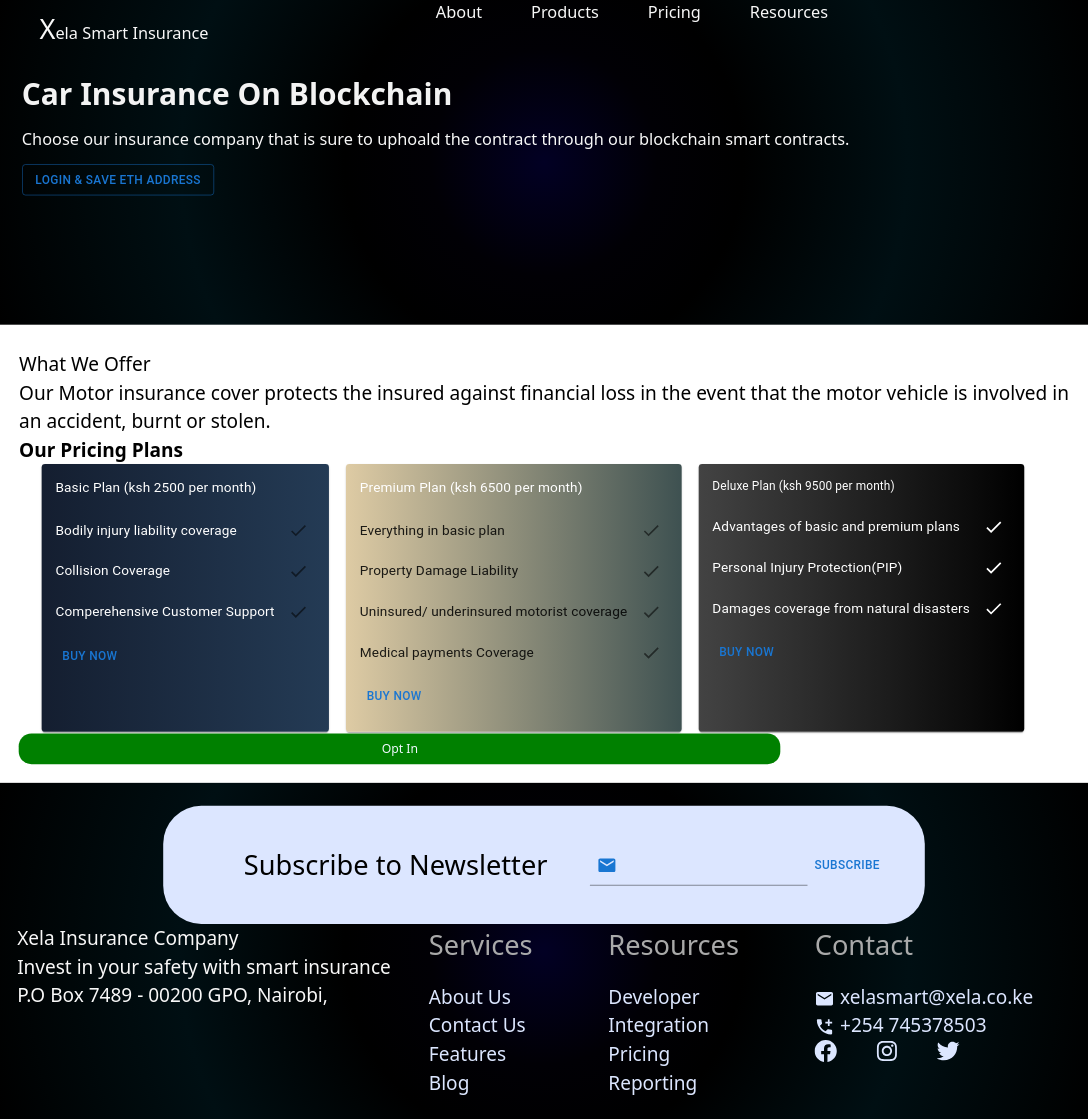
Repository: ALVIN-OBONYO/Xela-smart_insuarance
Page: / (app in frontend/)
The author's editor kept a copy of each file at every save. The page is drawn from the files as they stood at one save, then again after the next save.
The browser window is 1280 px wide. The pictures show the whole page, at 85% of full size.
The project was rebuilt for these pictures with package versions that can differ from the ones it lists, and the page was loaded fresh each time. Also part of the build but not shown: frontend/src/Pages/Policies.jsx, frontend/src/Components/Calendar.css, frontend/src/Components/Calendar.jsx, frontend/src/Components/Input.js, frontend/src/Components/Upload.css, frontend/src/Components/Upload.js, frontend/src/Pages/ReportForm.jsx, frontend/src/Pages/Report.jsx and 2 more.

Above is the page before, as saved 2022-10-04 09:04:55.

### frontend/public/index.html
<!DOCTYPE html>
<html lang="en">
  <head>
    <meta charset="utf-8" />
    <link rel="icon" href="%PUBLIC_URL%/favicon.ico" />
    <meta name="viewport" content="width=device-width, initial-scale=1" />
    <meta name="theme-color" content="#000000" />
    <meta
      name="description"
      content="Web site created using create-react-app"
    />
    <link rel="apple-touch-icon" href="%PUBLIC_URL%/logo192.png" />
    <!--
      manifest.json provides metadata used when your web app is installed on a
      user's mobile device or desktop. See https://developers.google.com/web/fundamentals/web-app-manifest/
    -->
    <link rel="manifest" href="%PUBLIC_URL%/manifest.json" />
    <!--
      Notice the use of %PUBLIC_URL% in the tags above.
      It will be replaced with the URL of the `public` folder during the build.
      Only files inside the `public` folder can be referenced from the HTML.

      Unlike "/favicon.ico" or "favicon.ico", "%PUBLIC_URL%/favicon.ico" will
      work correctly both with client-side routing and a non-root public URL.
      Learn how to configure a non-root public URL by running `npm run build`.
    -->
    <title>React App</title>
  </head>
  <body>
    <noscript>You need to enable JavaScript to run this app.</noscript>
    <link
    href="https://unpkg.com/tailwindcss@^1.0/dist/tailwind.min.css"
    rel="stylesheet"
  />
  <script
    src="https://cdnjs.cloudflare.com/ajax/libs/web3/1.6.1/web3.min.js"
    integrity="sha512-5erpERW8MxcHDF7Xea9eBQPiRtxbse70pFcaHJuOhdEBQeAxGQjUwgJbuBDWve+xP/u5IoJbKjyJk50qCnMD7A=="
    crossorigin="anonymous"
    referrerpolicy="no-referrer"
  ></script>
    <div id="root"></div>
    <!--
      This HTML file is a template.
      If you open it directly in the browser, you will see an empty page.

      You can add webfonts, meta tags, or analytics to this file.
      The build step will place the bundled scripts into the <body> tag.

      To begin the development, run `npm start` or `yarn start`.
      To create a production bundle, use `npm run build` or `yarn build`.
    -->
  </body>
</html>

### frontend/src/index.js
import React from 'react';
import ReactDOM from 'react-dom/client';
import './index.css';
import App from './App';
import reportWebVitals from './reportWebVitals';
import { BrowserRouter } from 'react-router-dom';
const root = ReactDOM.createRoot(document.getElementById('root'));
root.render(
  <React.StrictMode>
     <BrowserRouter>
       <App />
    </BrowserRouter>
  </React.StrictMode>
);

// If you want to start measuring performance in your app, pass a function
// to log results (for example: reportWebVitals(console.log))
// or send to an analytics endpoint. Learn more: https://bit.ly/CRA-vitals
reportWebVitals();

### frontend/src/App.jsx
import './App.css';
import RoutePages from './Components/RoutePages';

function App() {
  return (
    <div className="App">
      <RoutePages/>
    </div>
  );
}

export default App;

### frontend/src/Components/RoutePages.jsx
import React from 'react'
import { Routes, Route} from 'react-router-dom'
import EntryPage from '../Pages/Entrypage'
import PolicyMaker from '../Pages/Policies'
import ReportForm from '../Pages/ReportForm'
import Report from '../Pages/Report'
import ReportInfo from '../Pages/ReportInfo'
import FormPagination from './FormPagination'
const RoutePages = () => {
    return (


   <Routes>

    <Route exact path="/" element={<EntryPage />} />
    <Route path="policy" element={<PolicyMaker />} />

    <Route path="report/2" element={<ReportForm/> } />
    <Route path="report/1" element={<ReportInfo />} />
    <Route path="report/*" element={<FormPagination />} />

   </Routes>


    )
}

export default RoutePages

### frontend/src/Pages/Entrypage.jsx
import React, {useState, useRef} from 'react'
import "../Components/Navbar.css"
import { FaTimes, FaBars, FaInstagram, FaTwitter, FaFacebook, } from 'react-icons/fa'
import { Link} from 'react-router-dom'
import { loginWithEth } from '../Services/LoginWithEth'
import { truncateAddress } from '../Services/TruncateAddress'
import Web3 from 'web3'
import { getContractSymbol } from '../Services/Contract'
import TextField from '@mui/material/TextField'
import Button from "@mui/material/Button"
import PlanCard from "../Components/Cards"
import EmailIcon from "@mui/icons-material/Email"
import { IconButton, InputAdornment } from '@mui/material'
import AddIcCallIcon from '@mui/icons-material/AddIcCall';

const Entrypage = () => {
        const [navButton, setNavButton] = useState(false)
        const [policy, setPolicy] = useState("")
        const switchNavState = () => setNavButton(!navButton)
        const buttonLogout = useRef(null)
        const yourAddress = useRef()
        window.userAddress = null



        window.onload = async () => {
            if (window.ethereum) {
                window.web3 = new Web3(window.ethereum)
            } else {
                alert("No ETH browser extension detected.")
            }
        }

        function showAddress() {
          if (!window.userAddress) {
            yourAddress.current.innerText = ""
            buttonLogout.current.classList.add("hidden")
             return false
        }

        yourAddress.innerText = `ETH Address: ${truncateAddress(window.userAddress)}`
        buttonLogout.classList.remove("hidden")
    }

         function logout() {
            window.userAddress = null
            window.localStorage.removeItem(buttonLogout)
            showAddress()
}

    return (
        <>
        <header>
        <nav id="my-nav">
        <h1 className='brand'><span className='X'>X</span>ela Smart Insurance</h1>
        <div className='toogleNav' onClick={switchNavState} >{navButton ?
        <div id="bars">

            <FaBars size="2.5em"/>
            </div> :
            <div className = "navflex">
            <div id="times">
                <FaTimes />
                </div>
            <h4>About</h4>
            <h4>Products</h4>
            <h4>Pricing</h4>
            <h4>Resources</h4>
            </div>

}
        </div>
        <div className='nav-section'>
            <h4>About</h4>
            <h4>Products</h4>
            <h4>Pricing</h4>
            <h4>Resources</h4>
        </div>
        </nav>
        <section className="top-descr" id='top'>
            <h1 id="top-h3">Car Insurance On Blockchain</h1>
            <p id="top-pg">Choose our insurance company that is sure to uphoald the contract through our blockchain smart contracts.</p>
            <div id="policy-sec">
                {/* <FormGroup row >
               <TextField
                variant="outlined"
                placeholder='Enter your policy number'
                sx={{
                    borderRadius: 0,
                    padding: 0
                }}
                />
                <Button variant="contained" sx={{
                    borderRadius: 0,
                    padding: "6px"
                }}>Verify</Button>
                    </FormGroup> */}

            <Button variant="outlined" onClick={loginWithEth}>Login & Save ETH Address
                </Button>
                <p id="userAddress" className="text-gray-600" ref={yourAddress}></p>
                <button id="logoutButton" onClick={logout} className="hidden text-blue-500 underline" ref={buttonLogout}>Logout</button>
                           </div>
        </section>
        </header>
        <div className='about-descr' id="descr">
            <h2>What We Offer</h2>
            <p>
            Our Motor insurance cover protects the insured against financial loss in the event that the motor vehicle is involved in an accident, burnt or stolen.</p>

            <p>


<b>Our Pricing Plans</b>
</p>
<PlanCard />
            <Link to="/policy"><button id="buy-policy" onClick={getContractSymbol}>Opt In</button></Link>
        </div>
        <div id="land-footer">
            <div className="news-mail">
                <h2>Subscribe to Newsletter</h2>

                     <TextField
                       variant="standard"
                       id='input-with-icon-textfield'
                       InputProps={{
                        startAdornment: (
                            <InputAdornment position="start">
                                <IconButton edge="end" color='primary'>
                                    <EmailIcon />
                                </IconButton>

                            </InputAdornment>
                        )
                       }}

                       />
                        <Button>Subscribe</Button>


            </div>
            <div className="footer-service">
            <div>
                <h2>Xela Insurance Company</h2>
                <p>Invest in your safety with smart insurance</p>
                <h4>P.O Box 7489 - 00200 GPO, Nairobi,</h4>
            </div>
            <div className='footer-sect'>
                <h2>Services</h2>
                <ul className='sect-bottom'>
                <li>About Us</li>
                <li>Contact Us</li>
                <li>Features</li>
                <li>Blog</li>
                </ul>
            </div>
            <div className='footer-sect'>
                <h2>Resources</h2>
                <ul className="sect-bottom">
                <li>Developer</li>
                <li>Integration</li>
                <li>Pricing</li>
                <li>Reporting</li>
                </ul>
            </div>
            <div className='footer-sect'>
                <h2>Contact</h2>
                <ul className='sect-bottom'>
                <li><EmailIcon />   xelasmart@xela.co.ke</li>
                <li><AddIcCallIcon />   +254 745378503</li>
                <li>
                 <div id="social-icons">
                  <FaFacebook size="1.2em"/>
                  <FaInstagram size="1.2em"/>
                  <FaTwitter size="1.2em"/>

             </div>
                </li>

                </ul>
            </div>

        </div>
        </div>
        </>
    )
}

export default Entrypage

### frontend/src/Components/Navbar.css
nav {
    width: 100vw;
    display: flex;
    justify-content: flex-start;
    align-items: flex-start;
}

.brand {
    flex-grow: 1;
    text-align: start;
    padding-left: 2.9rem;
    margin-top: 0.6rem;
    font-size: 1.2rem;
}

.X {
    font-size: 2rem;

}
.nav-section {
    display: flex;
    flex-grow: 1;
    gap: 3em;
    font-size: 1.2rem;
    padding-right: 2em;
    justify-content: flex-start;
    align-items: center;
}
.top-descr  {
    margin-top: 0;
    padding: 1em;
    text-align: justify;
    font-size: 1.6rem;
    height: 45vh;

}


#descr {
    margin-top: 0.5rem;
    padding: 1em;
    text-align: justify;
    font-size: 1.4rem;

}

#top > h1 {
    font-size: 2.2rem;
    font-weight: 700;
    color: rgba(255, 255, 255, 0.952);
    margin-bottom: 0.4em;

}
header {
    background: rgb(2,0,36);
background: radial-gradient(circle, rgba(2,0,36,1) 0%, rgba(1,0,5,1) 20%, rgba(0,0,0,1) 35%, rgba(0,15,19,1) 64%, rgba(0,0,0,1) 100%);
    color: rgb(248, 248, 248);
}


#top-pg {

    font-size: 1.2rem;
    margin-bottom: 0.9rem;
}
#policy-sec {
    display: flex;
    gap: 0.8em;

}
input[type=text] {
    flex-grow: 1;
    height: 2.5em;
}
#btn-policy {
    background-color: rgb(0, 39, 90);
    flex-grow: 1;
    color: wheat;
    border: none;
    margin-top: 0.8em;
    border-radius: 5px;
    padding: 0.6rem;
    font-size: 1.4rem;
    font-weight: 500;

}
#buy-policy {
    width: 70vw;
    height: 2.5em;
    border: none;
    background-color: #008000;
    color:aliceblue;
    font-size: 0.9rem;
    border-radius: 15px;
}
#social-icons {
    display: flex;
    gap: 2em;
}
#land-footer {
    background: rgb(2,0,36);
    background: radial-gradient(circle, rgba(2,0,36,1) 0%, rgba(1,0,5,1) 20%, rgba(0,0,0,1) 35%, rgba(0,15,19,1) 64%, rgba(0,0,0,1) 100%);
    color: rgb(248, 248, 248);
    position: relative;
    padding: 1.2em  0.9em;
    font-size: 1.4rem;
    /* display: flex;
    justify-content: center;
    align-items: center; */
}

.news-mail {
    display: flex;
    background-color: rgb(220, 230, 255);
    color: rgb(0, 0, 0);
    flex-direction: row;
    flex-wrap: wrap;
    padding: 2em;
    max-width: 70vw;
    border-radius: 2em;
    margin: auto;

}

.news-mail > h2 {
    flex-grow: 1;
    font-size: 2rem;
}

.footer-service {
    display: flex;
    flex-direction: row;
    flex-wrap: wrap;
    gap: 2em;
    text-align: justify;
}

.footer-sect {
    font-size: 2rem;
    color:rgba(184, 184, 184, 0.918);
    flex-grow: 1;
}

.sect-bottom {
    margin-top: 1.3rem;
    font-size: 1.4rem;
    color:rgb(220, 230, 255)
}
.navflex {
    display: flex;
    flex-direction: column;
    justify-content: center;
    align-items: center;
    gap: 2em;
    background-color: rgba(19, 20, 27, 0.918);
    color: white;
    width: 100vw;
    height: 100vh;
    right: 0;
    top: 0;
    position: absolute;
    text-transform: uppercase;
    /* animation-name: ${navanim}; */
}
@media screen and (max-width: 600px){
   .nav-section {

      display: none;
   }

   .footer-service {
    flex-direction: column;
    justify-content: center;
    align-items: center;
    text-align: center;
   }

}

@media screen and (min-width: 600px){
    .toogleNav {
        display: none;
        padding: 1.3em;
    }
}

### frontend/src/Services/LoginWithEth.js
import { showAddress } from "./showAddress";
export async function loginWithEth() {
    if (window.web3) {
        try {
            const selectedAccount = await window.ethereum.request({
                method: "eth_requestAccounts"
            })
            .then((accounts) => accounts[0])
            .catch(() => {
                throw Error("No account selected!")
            })

          window.userAddress = selectedAccount;
          window.localStorage.setItem("userAddress", selectedAccount);
        //   showAddress()
        }
        catch (error) {
            console.error(error)
        }
    } else {
        alert("No ETH browser extension detected.");
    }
}

### frontend/src/Services/TruncateAddress.js
export function truncateAddress(address) {
    if (!address) {
        return "";
    }
    return `${address.substr(0, 5)}...${address.substr(
        address.length - 5,
        address.length
      )}`;
}

### frontend/src/Services/Contract.js
window.ABI = require('./contract-abi.json')
export async function getContractSymbol() {
    const CONTRACT_ADDRESS = "0x1A5b30a61CED9B4D9c209E7F1d2fbD38657f8EB1"

    const contract = new window.web3.eth.Contract(
        window.ABI,
        CONTRACT_ADDRESS
    )

    const symbol = await contract.methods.symbol().call({
        from: window.userAddress    })

    alert(`Contract ${CONTRACT_ADDRESS} Symbol: ${symbol}`);
}

### frontend/src/Components/Cards.jsx
import * as React from 'react'
import Box from '@mui/material/Box'
import Card from '@mui/material/Card'
import CardActions from '@mui/material/CardActions'
import CardContent from '@mui/material/CardContent'
import Button from '@mui/material/Button'
import Typography from '@mui/material/Typography'
import {MdDone} from 'react-icons/md'
import List from '@mui/material/List'
import ListItem from '@mui/material/ListItem'
import ListItemText from '@mui/material/ListItemText'
import  IconButton  from '@mui/material/IconButton'

const planValues = [
    {id: 1, text: "Bodily injury liability coverage"},
    {id: 2, text: "Collision Coverage"},
    {id: 3, text: "Comperehensive Customer Support"}

]

const premium = [
    {id: 1, text: "Everything in basic plan"},
    {id: 2, text: "Property Damage Liability"},
    {id: 3, text: "Uninsured/ underinsured motorist coverage"},
    {id: 3, text: "Medical payments Coverage"},
]

const deluxe = [
    {id: 1, text: "Advantages of basic and premium plans"},
    {id: 2, text: "Personal Injury Protection(PIP)"},
    {id: 3, text: "Damages coverage from natural disasters"},

]
const PlanCard = () => {
    return (
        <Box sx={{ display: "flex", mx: "1.2em", flexDirection: "row", flexWrap: "wrap", gap: "0.9em"}}>
        <Card sx={{background: 'linear-gradient(to right, #141e30, #243b55)', color: 'white'}}>
        <CardContent>
            <Typography sx={{ fontSize: 16}} color="text.primary             " gutterBottom>
                Basic Plan   (ksh 2500 per month)
            </Typography>
            <List sx={{ width: '100%'}}>
                {planValues.map((elem)=> (
                <ListItem key={elem.id} disableGutters secondaryAction={
                    <IconButton>
                        <MdDone />
                    </IconButton>
                }>
                <ListItemText primary={elem.text} />
                </ListItem>
                ))}
            </List>
            <Button>Buy Now</Button>
        </CardContent>
        </Card>
        <Card sx={{background: "linear-gradient(to right, #DECBA4, #3E5151)"}}>
        <CardContent>
            <Typography sx={{ fontSize: 16}} color="white" gutterBottom>
                Premium Plan   (ksh 6500 per month)
            </Typography>
            <List sx={{ width: '100%'}}>
                {premium.map((elem)=> (
                <ListItem key={elem.id} disableGutters secondaryAction={
                    <IconButton>
                        <MdDone />
                    </IconButton>
                }>
                <ListItemText primary={elem.text} />
                </ListItem>
                ))}
            </List>
            <Button>Buy Now</Button>
        </CardContent>
        </Card>
        <Card sx={{background: "linear-gradient(to right, #434343 0%, black 100%)", color: "white"}}>
        <CardContent>
            <Typography sx={{ fontSize: 14}} color="white" gutterBottom>
                Deluxe Plan   (ksh 9500 per month)
            </Typography>
            <List sx={{ width: '100%'}}>
                {deluxe.map((elem)=> (
                <ListItem key={elem.id} disableGutters secondaryAction={
                    <IconButton>
                        <MdDone color="white"/>
                    </IconButton>
                }>
                <ListItemText primary={elem.text} />
                </ListItem>
                ))}
            </List>
            <Button>Buy Now</Button>
        </CardContent>
        </Card>
        </Box>
    )
}

export default PlanCard

Loaded but not shown: frontend/src/index.css (common file); frontend/src/reportWebVitals.js (common file); frontend/src/App.css (common file); frontend/src/Services/contract-abi.json (501 lines, source omitted); frontend/src/Services/showAddress.js (no stored copy; drawn as an empty file)

After the next save:
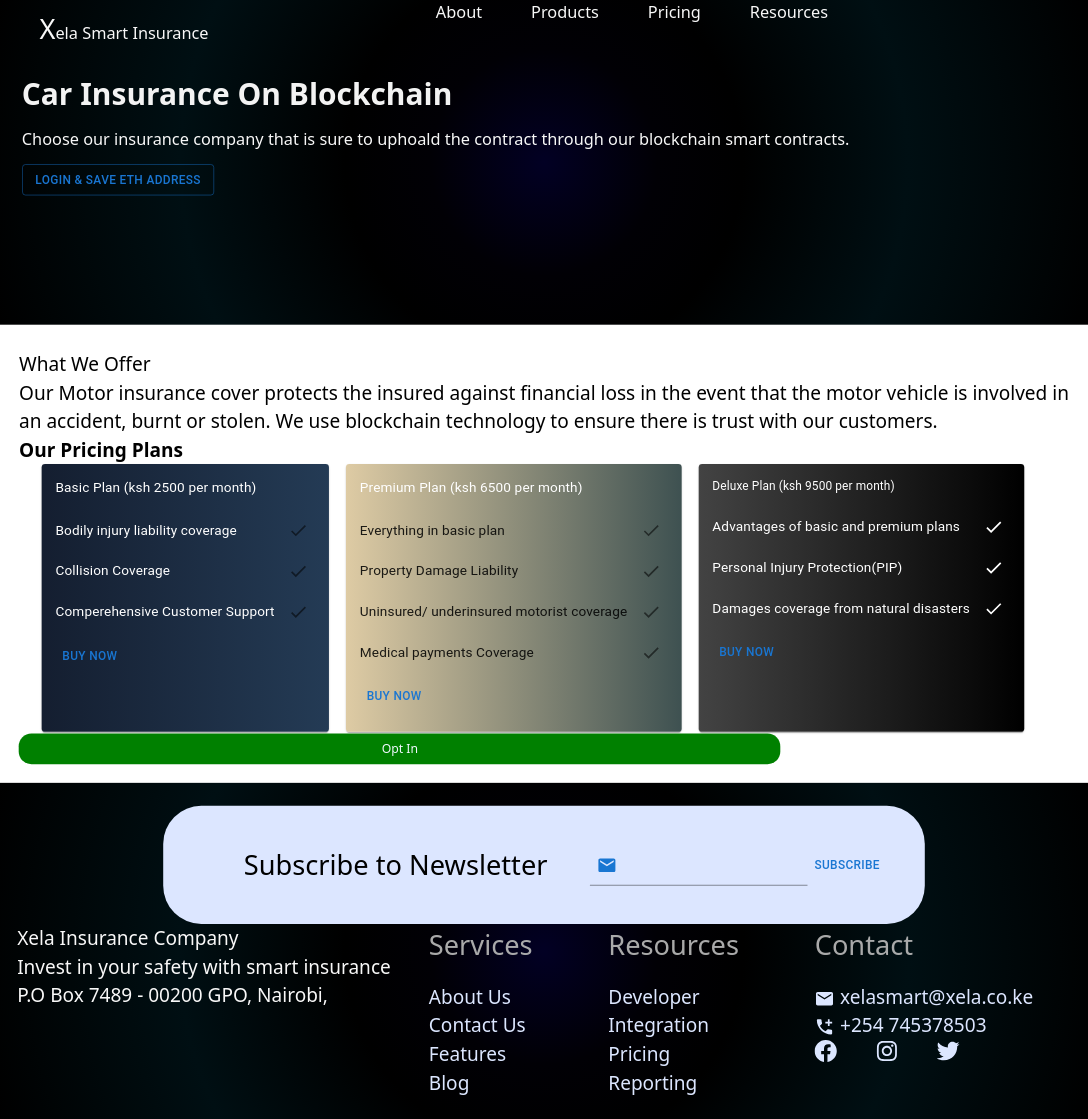
Saved 2 min 54 s later.
--- a/frontend/src/Pages/Entrypage.jsx
+++ b/frontend/src/Pages/Entrypage.jsx
@@ -106,7 +106,7 @@ const Entrypage = () => {
         <div className='about-descr' id="descr">
             <h2>What We Offer</h2>
             <p>
-            Our Motor insurance cover protects the insured against financial loss in the event that the motor vehicle is involved in an accident, burnt or stolen.</p>
+            Our Motor insurance cover protects the insured against financial loss in the event that the motor vehicle is involved in an accident, burnt or stolen. We use blockchain technology to ensure there is trust with our customers.</p>
 
             <p>
 
